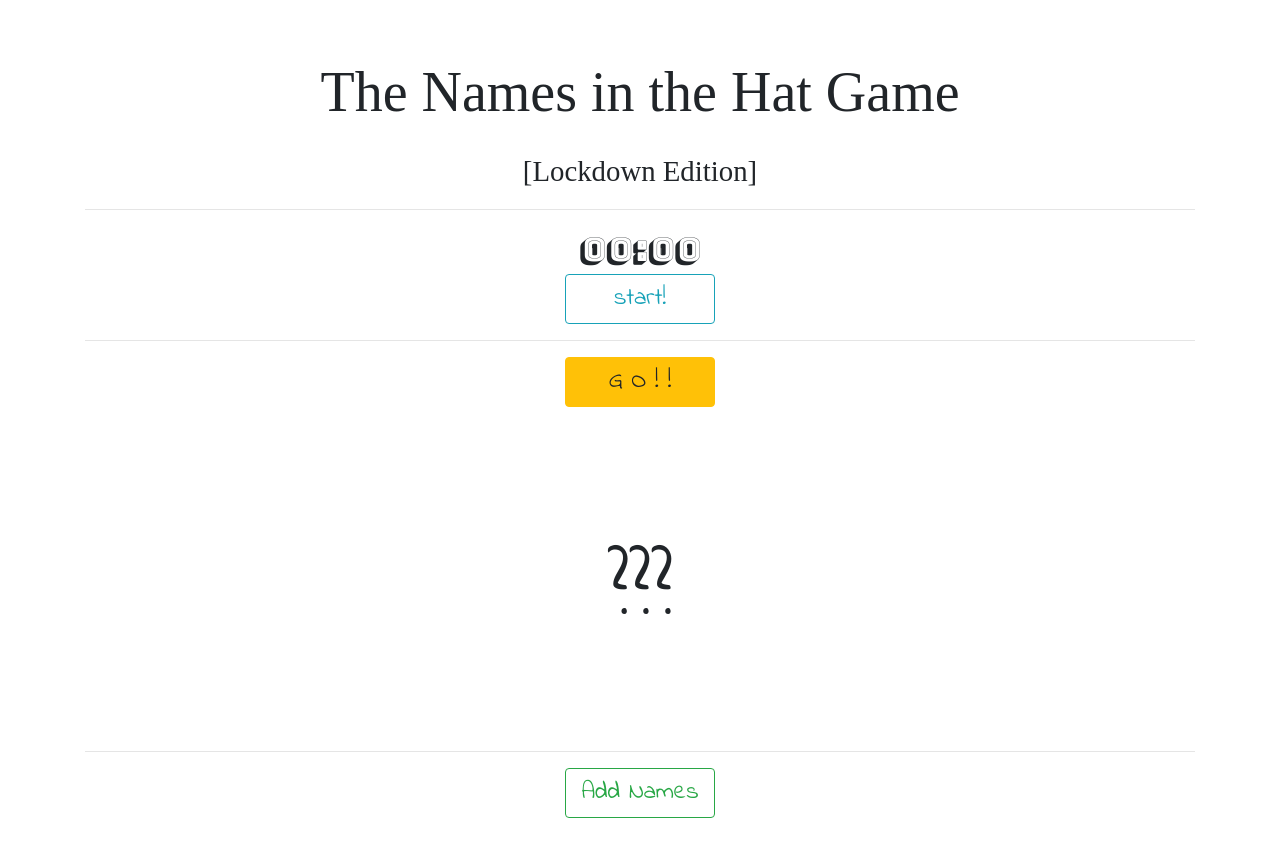
Repository: TaylorD1982/randomizer
Page: index.html
The author's editor kept a record of every edit. The page is drawn from the files as they stood at one moment, then again after the next edit.
The browser window is 1280 px wide. The pictures show the whole page.
Some web fonts or font styles are not loaded; a fallback is used. Some web libraries are served in a nearby version.

Above is the page before.
Console error: TypeError: Cannot read properties of null (reading 'addEventListener')

### index.html
<!DOCTYPE html>
<html lang="en">

<head>
    <meta charset="UTF-8">
    <meta name="viewport" content="width=device-width, initial-scale=1.0">
    <meta http-equiv="X-UA-Compatible" content="ie=edge">
    <title>The Names in the Hat Game</title>
    <link rel="icon" href="images/markk.png">
    <link href="https://fonts.googleapis.com/css2?family=Indie+Flower&display=swap" rel="stylesheet">
    <link href="https://fonts.googleapis.com/css2?family=Frijole&display=swap" rel="stylesheet">
    <link href="https://fonts.googleapis.com/css2?family=Bungee+Shade&display=swap" rel="stylesheet">
    <link rel="stylesheet" href="https://maxcdn.bootstrapcdn.com/bootstrap/4.0.0/css/bootstrap.min.css" integrity="sha384-Gn5384xqQ1aoWXA+058RXPxPg6fy4IWvTNh0E263XmFcJlSAwiGgFAW/dAiS6JXm" crossorigin="anonymous">
    <link rel="stylesheet" href="style.css">
</head>

<body>
    <div class="container">
        <div class="row app">
            <div class="col">
                <div>
                    <P class="title">The Names in the Hat Game</P>
                    <P class="lock">[Lockdown Edition]</P>
                </div>
                <hr>
                <div class="clock"><span class="timer-view">00:00</span></div>
                <button class="start btn btn-outline-info">start!</button>
                <hr>
                <button id="Button" type="button" class="btn btn-warning">
                      G O ! !
                </button>
                <br>
                <br>
                <br>
                <div id="Answer" class="result">
                    ???
                </div>
                <hr>
                <a href="submit.html" class="btn btn-outline-success">
                      Add Names
                </a>
                <br>
                <br>
            </div>
        </div>
    </div>
</body>
<script>
    // myArray initial content, as a global variable :
    var myArray = [
        'Al Hutchison',
        'Craig Bingham',
        'David Taylor',
        'Juliet',
        'Will',
        'Laura',
        'Lindsey',
        'Tom Hanks',
        'Struan',
        'Jim Jeffries',
        'Max',
        'Kathryn',
        'The Rock',
        'Jesus',
        'James Bond',
        'Sean Duffy',
        'Michael Jordan',
        'Bilbo Baggins',
    ];

    // the event handler, randomly emptying myArray one at a time :
    document.getElementById("Button").onclick = function() {
        // check for an empty array :
        if (myArray.length > 0) {
            var optionsE = Math.floor(Math.random() * myArray.length);
            var removedE = myArray.splice(optionsE, 1);
            document.getElementById("Answer").innerHTML = removedE[0];
        }
        else {
            alert("GAME OVER!");
            window.location.href='index.html';
        }
    }
</script>

<script>
    const timeView = document.querySelector('.timer-view');
    const start = document.querySelector('.start');
    const moreTime = document.querySelector('.add');
    const reset = document.querySelector('.reset');

    start.addEventListener('click', function() {
        Countdown(60);
    });

    moreTime.addEventListener('click', function() {
        AddTime(5);
    });

    reset.addEventListener('click', function() {
        timeView.textContent = '00:00';
        clearTimeout(stopTime);
    });


    function Countdown(seconds) {
        this.sec = seconds;
        this.mins = seconds > 60 ? seconds / 60 : 0;

        tick();

        function tick() {
            if (this.sec > 60) {
                this.current_minutes = mins - 1;
            }
            this.sec--;
            timeView.textContent = (!this.mins ? '00' : this.current_minutes.toString()) + ':' + (this.sec < 10 ? '0' : '') + String(this.sec);
            if (this.sec > 0) {
                stopTime = setTimeout(tick, 1000);
            }
            else {
                if (this.mins > 1) {
                    countdown(this.mins - 1);
                }
            }
        }
    }

    function AddTime(seconds) {
        clearTimeout(stopTime);
        Countdown.call(this.sec, seconds);
        sec = this.sec + seconds;
    }
</script>

<script src="https://code.jquery.com/jquery-3.2.1.slim.min.js" integrity="sha384-KJ3o2DKtIkvYIK3UENzmM7KCkRr/rE9/Qpg6aAZGJwFDMVNA/GpGFF93hXpG5KkN" crossorigin="anonymous"></script>
<script src="https://cdnjs.cloudflare.com/ajax/libs/popper.js/1.12.9/umd/popper.min.js" integrity="sha384-ApNbgh9B+Y1QKtv3Rn7W3mgPxhU9K/ScQsAP7hUibX39j7fakFPskvXusvfa0b4Q" crossorigin="anonymous"></script>
<script src="https://maxcdn.bootstrapcdn.com/bootstrap/4.0.0/js/bootstrap.min.js" integrity="sha384-JZR6Spejh4U02d8jOt6vLEHfe/JQGiRRSQQxSfFWpi1MquVdAyjUar5+76PVCmYl" crossorigin="anonymous"></script>

</html>

### style.css
.app {
    padding-top: 50px;
    text-align: center;
}

.app2 {
    padding-top: 50px;
    text-align: center;
    padding-left: 100px;
    padding-right: 100px;
}

.result {
    padding-top: 80px;
    padding-bottom: 80px;
    font-family: 'Indie Flower', cursive;
    font-size: 5em;
}

.btn {
    width: 150px;
    font-family: 'Indie Flower', cursive;
    font-size: 1.5em;
}

.title {
    font-family: 'Frijole', cursive;
    font-size: 3.5em;
}

@media only screen and (max-width: 600px) {
.title {
    font-size: 2em;
}}

@media only screen and (max-width: 600px) {
.result {
    font-size: 3em;
}}

.lock {
    font-family: 'Frijole', cursive;
    font-size: 1.8em;
}

@media only screen and (max-width: 600px) {
.lock {
    font-family: 'Frijole', cursive;
    font-size: 1.2em;
}}

.app3 {
    padding-top: 50px;
    text-align: center;
    padding-left: 100px;
    padding-right: 100px;
}

@media only screen and (max-width: 600px) {
.app3 {
    padding-top: 50px;
    text-align: center;
    padding-left: 10px;
    padding-right: 10px;
}}

.clock {
    font-family: 'Bungee Shade', cursive;
    font-size: 2em;
}

.timer {
    text-align: right;
}

.button1 {
    text-align: left;
}

After the next edit:
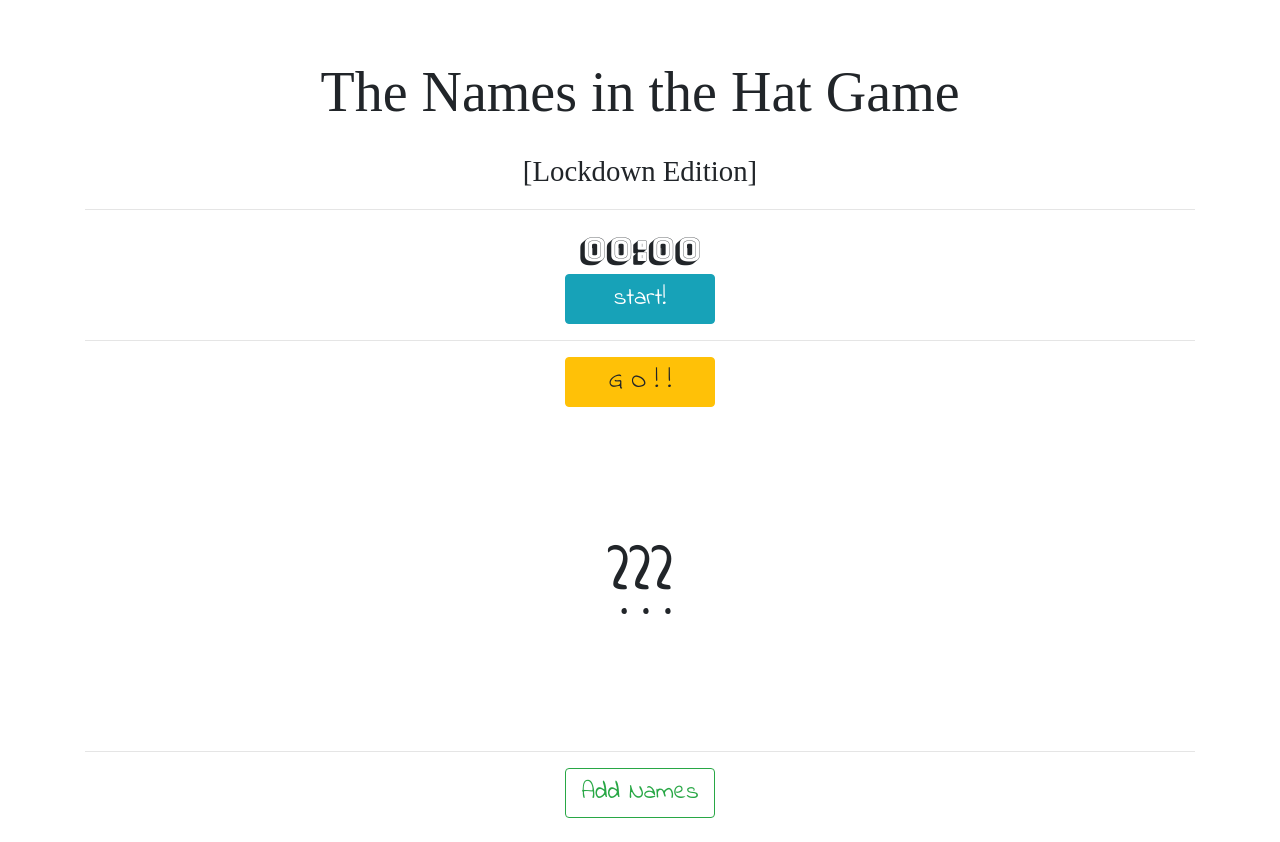
The edit:
--- a/index.html
+++ b/index.html
@@ -24,7 +24,7 @@
                 </div>
                 <hr>
                 <div class="clock"><span class="timer-view">00:00</span></div>
-                <button class="start btn btn-outline-info">start!</button>
+                <button class="start btn btn btn-info">start!</button>
                 <hr>
                 <button id="Button" type="button" class="btn btn-warning">
                       G O ! !
